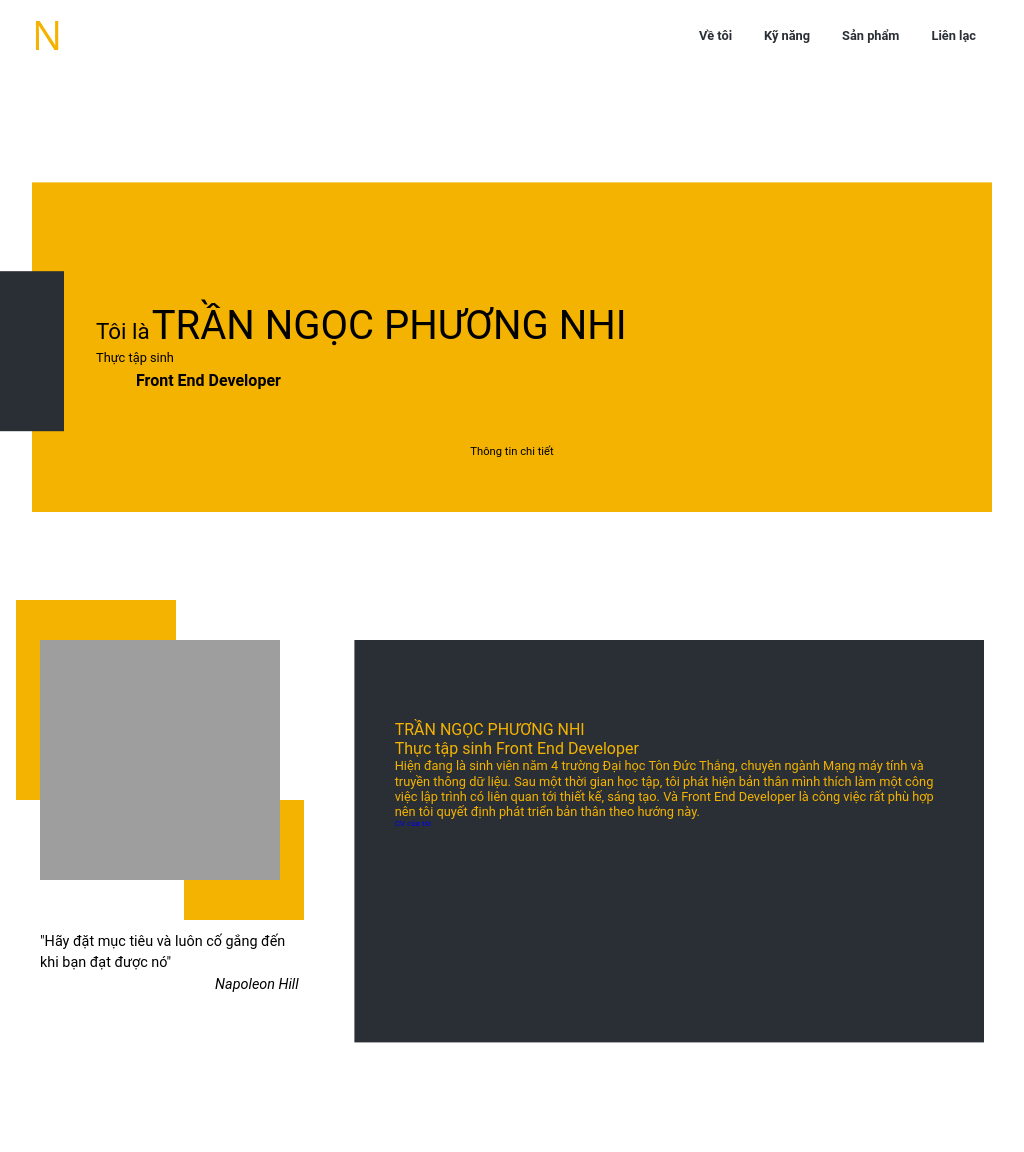
Repository: TranNgocPhuongNhi/my-portfolio
Page: index.html
These files come from the project's save history. The page is drawn as it stood at one moment and after the next save; the edit follows.
The browser window is 1280 px wide. The pictures show the whole page, at 80% of full size.
Pictures or frames that could not be fetched are drawn as grey boxes. Some icons come from a web library that is not loaded, so they are not drawn. Some web libraries are served in a nearby version.

Above is the page before, as saved 2021-07-04 16:26:40.

After the next save:
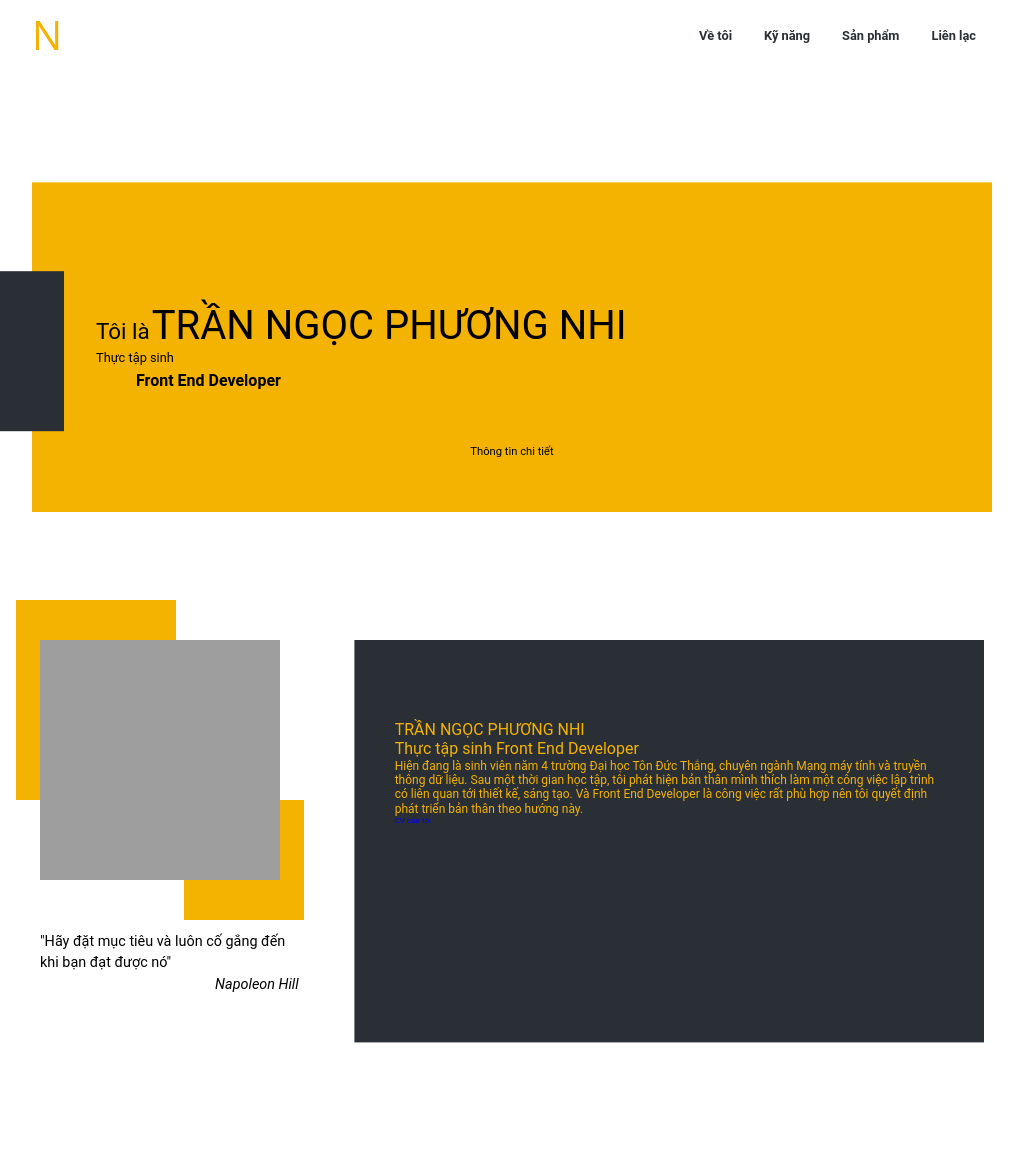
Saved 4 s later.
--- a/resources/css/main.css
+++ b/resources/css/main.css
@@ -224,7 +224,7 @@
 
 .about__text {
     color: var(--primary1);
-    font-size: 1.6rem;
+    font-size: 1.5rem;
 }
 
 /* =========================================== MY SKILLS ====================================== */

After the save that followed:
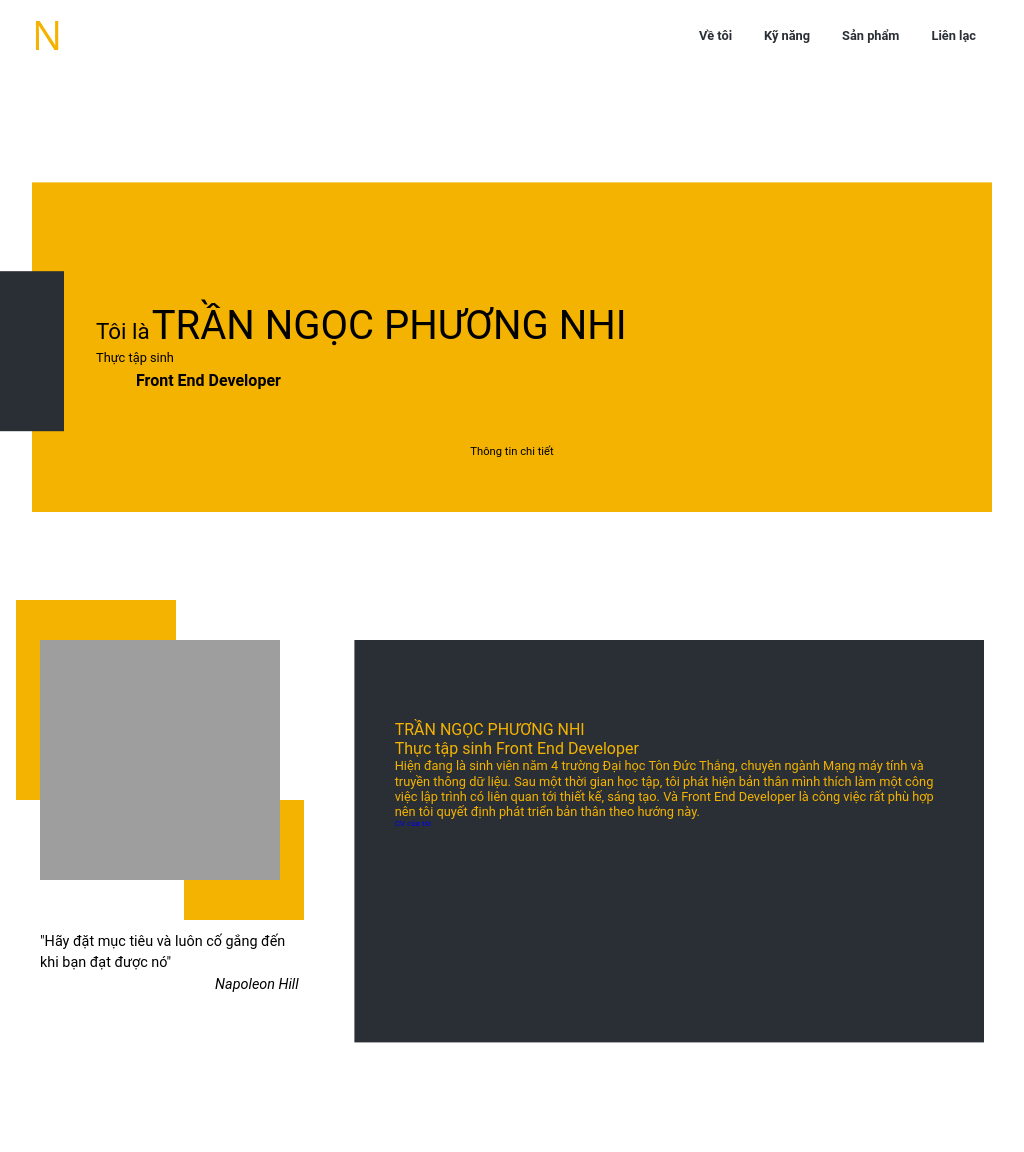
Saved 6 s later.
--- a/resources/css/main.css
+++ b/resources/css/main.css
@@ -224,7 +224,7 @@
 
 .about__text {
     color: var(--primary1);
-    font-size: 1.5rem;
+    font-size: 1.6rem;
 }
 
 /* =========================================== MY SKILLS ====================================== */
